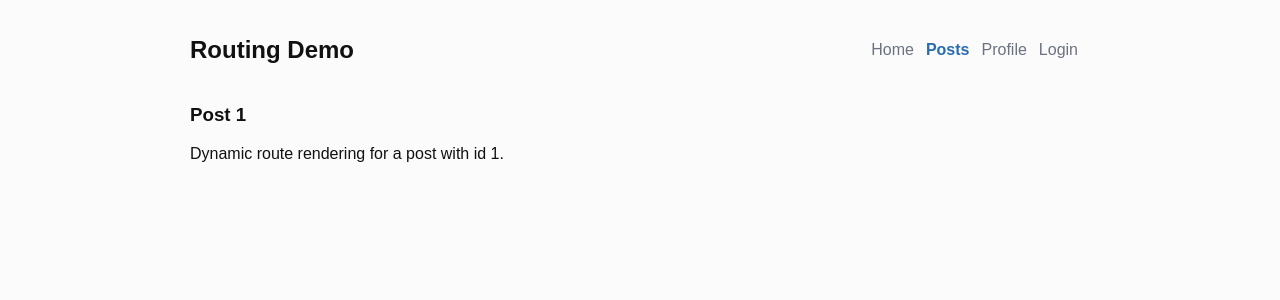
Repository: edunwant42/alx-fe-reactjs
Page: /posts/1 (app in react-router-advanced/)
The author's editor kept a copy of each file at every save. The page is drawn from the files as they stood at one save, then again after the next save.
The browser window is 1280 px wide. The pictures show the whole page.
The project was rebuilt for these pictures with package versions that can differ from the ones it lists, and the page was loaded fresh each time. Also part of the build but not shown: react-router-advanced/vite.config.js, react-router-advanced/src/components/Home.jsx, react-router-advanced/src/components/Login.jsx, react-router-advanced/src/components/Profile.jsx, react-router-advanced/src/components/ProfileDetails.jsx, react-router-advanced/src/components/ProfileSettings.jsx, react-router-advanced/src/components/ProtectedRoute.jsx, react-router-advanced/src/components/PostsList.jsx.

Above is the page before, as saved 2025-08-24 11:50:30.

### react-router-advanced/src/App.jsx
import React from 'react'
import { BrowserRouter, Routes, Route } from 'react-router-dom'
import { AuthProvider } from './context/AuthContext.jsx'
import Layout from './components/Layout.jsx'
import Home from './components/Home.jsx'
import Login from './components/Login.jsx'
import Profile from './components/Profile.jsx'
import ProfileDetails from './components/ProfileDetails.jsx'
import ProfileSettings from './components/ProfileSettings.jsx'
import ProtectedRoute from './components/ProtectedRoute.jsx'
import PostsList from './components/PostsList.jsx'
import Post from './components/Post.jsx'

function App() {
  return (
    <AuthProvider>
      <BrowserRouter>
        <Routes>
          <Route path="/" element={<Layout />}>
            <Route index element={<Home />} />
            <Route path="login" element={<Login />} />

            <Route path="posts" element={<PostsList />} />
            <Route path="posts/:postId" element={<Post />} />

            <Route
              path="profile"
              element={
                <ProtectedRoute>
                  <Profile />
                </ProtectedRoute>
              }
            >
              <Route index element={<ProfileDetails />} />
              <Route path="settings" element={<ProfileSettings />} />
            </Route>

            <Route path="*" element={<div style={{ padding: 20 }}>404 — Not found</div>} />
          </Route>
        </Routes>
      </BrowserRouter>
    </AuthProvider>
  )
}

export default App

### react-router-advanced/src/index.css
:root{
  --accent:#2b6cb0;
  --muted:#6b7280;
}
*{box-sizing:border-box}
body{font-family:Inter, system-ui, Arial, sans-serif;margin:0;background:#fbfbfc;color:#111}
.app-container{max-width:900px;margin:1rem auto;padding:0 1rem}
header{display:flex;justify-content:space-between;align-items:center}
nav a{color:var(--muted);text-decoration:none;margin-right:12px}
nav a.active{color:var(--accent);font-weight:600}
nav button{background:var(--accent);color:white;border:none;padding:6px 10px;border-radius:6px;cursor:pointer}
main{margin-top:20px}
.card{background:white;border:1px solid #eee;padding:12px;border-radius:8px}

### react-router-advanced/src/context/AuthContext.jsx
import React, { createContext, useContext, useState } from 'react'

const AuthContext = createContext(null)

export function AuthProvider({ children }) {
  const [user, setUser] = useState(null)

  const signin = (username, cb) => {
    setUser({ name: username })
    if (cb) cb()
  }

  const signout = (cb) => {
    setUser(null)
    if (cb) cb()
  }

  return (
    <AuthContext.Provider value={{ user, signin, signout }}>
      {children}
    </AuthContext.Provider>
  )
}

export function useAuth() {
  return useContext(AuthContext)
}

### react-router-advanced/src/components/Layout.jsx
import React from 'react'
import { Outlet, NavLink } from 'react-router-dom'
import { useAuth } from '../context/AuthContext.jsx'

export default function Layout() {
  const { user, signout } = useAuth()

  return (
    <div style={{ fontFamily: 'Arial, sans-serif', maxWidth: 900, margin: '1rem auto' }}>
      <header style={{ display: 'flex', justifyContent: 'space-between', alignItems: 'center' }}>
        <h2>Routing Demo</h2>
        <nav>
          <NavLink to="/" style={{ marginRight: 12 }}>
            Home
          </NavLink>
          <NavLink to="/posts" style={{ marginRight: 12 }}>
            Posts
          </NavLink>
          <NavLink to="/profile" style={{ marginRight: 12 }}>
            Profile
          </NavLink>
          {!user ? (
            <NavLink to="/login">Login</NavLink>
          ) : (
            <button onClick={() => signout()} style={{ marginLeft: 8 }}>
              Sign out
            </button>
          )}
        </nav>
      </header>

      <main style={{ marginTop: 20 }}>
        <Outlet />
      </main>
    </div>
  )
}

### react-router-advanced/src/components/Post.jsx
import React from 'react'
import { useParams } from 'react-router-dom'

export default function Post() {
  const { postId } = useParams()

  return (
    <div>
      <h3>Post {postId}</h3>
      <p>Dynamic route rendering for a post with id {postId}.</p>
    </div>
  )
}

Loaded but not shown: react-router-advanced/index.html (common file); react-router-advanced/src/main.jsx (common file)

After the next save:
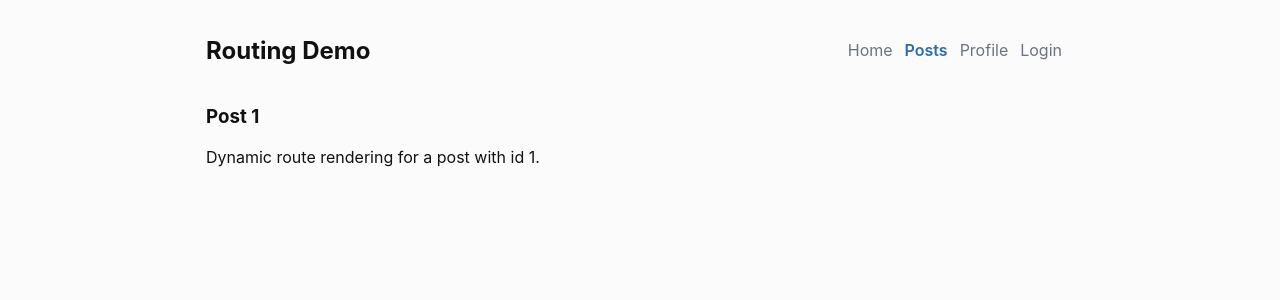
Saved 13 s later.
--- a/react-router-advanced/src/components/Layout.jsx
+++ b/react-router-advanced/src/components/Layout.jsx
@@ -6,17 +6,17 @@ export default function Layout() {
   const { user, signout } = useAuth()
 
   return (
-    <div style={{ fontFamily: 'Arial, sans-serif', maxWidth: 900, margin: '1rem auto' }}>
-      <header style={{ display: 'flex', justifyContent: 'space-between', alignItems: 'center' }}>
+    <div className="app-container">
+      <header>
         <h2>Routing Demo</h2>
         <nav>
-          <NavLink to="/" style={{ marginRight: 12 }}>
+          <NavLink to="/" className={({ isActive }) => (isActive ? 'active' : '')}>
             Home
           </NavLink>
-          <NavLink to="/posts" style={{ marginRight: 12 }}>
+          <NavLink to="/posts" className={({ isActive }) => (isActive ? 'active' : '')}>
             Posts
           </NavLink>
-          <NavLink to="/profile" style={{ marginRight: 12 }}>
+          <NavLink to="/profile" className={({ isActive }) => (isActive ? 'active' : '')}>
             Profile
           </NavLink>
           {!user ? (
@@ -29,7 +29,7 @@ export default function Layout() {
         </nav>
       </header>
 
-      <main style={{ marginTop: 20 }}>
+      <main>
         <Outlet />
       </main>
     </div>
